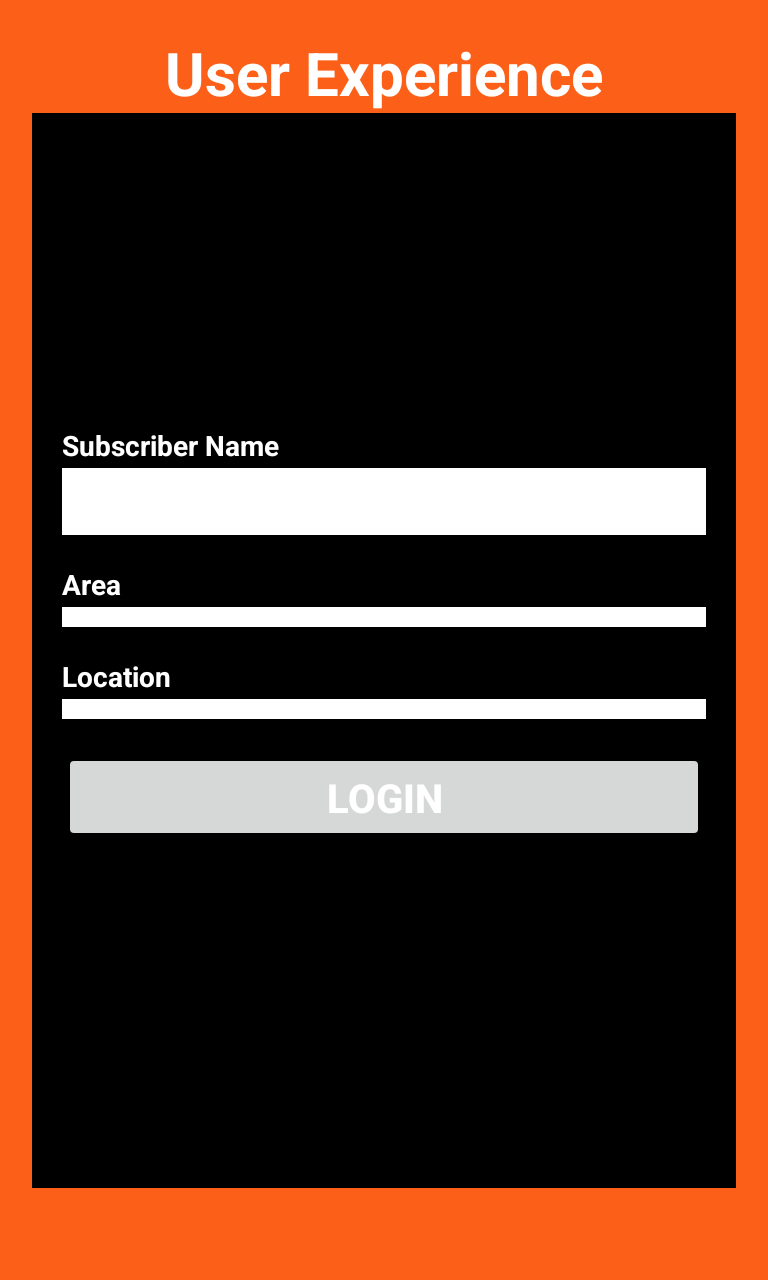
Repository: MushfiqurRahman/BLink3gApp
Layout: 3gExperience/res/layout/fragment_survey.xml
These files come from the project's save history. The layout is drawn as it stood at one moment and after the next save; the edit follows.
It is drawn on a 768 x 1280 px phone screen (xhdpi) without system bars, with theme AppTheme; the app's code is not run.

Above is the layout before, as saved 2014-05-20 18:00:21.

After the next save:
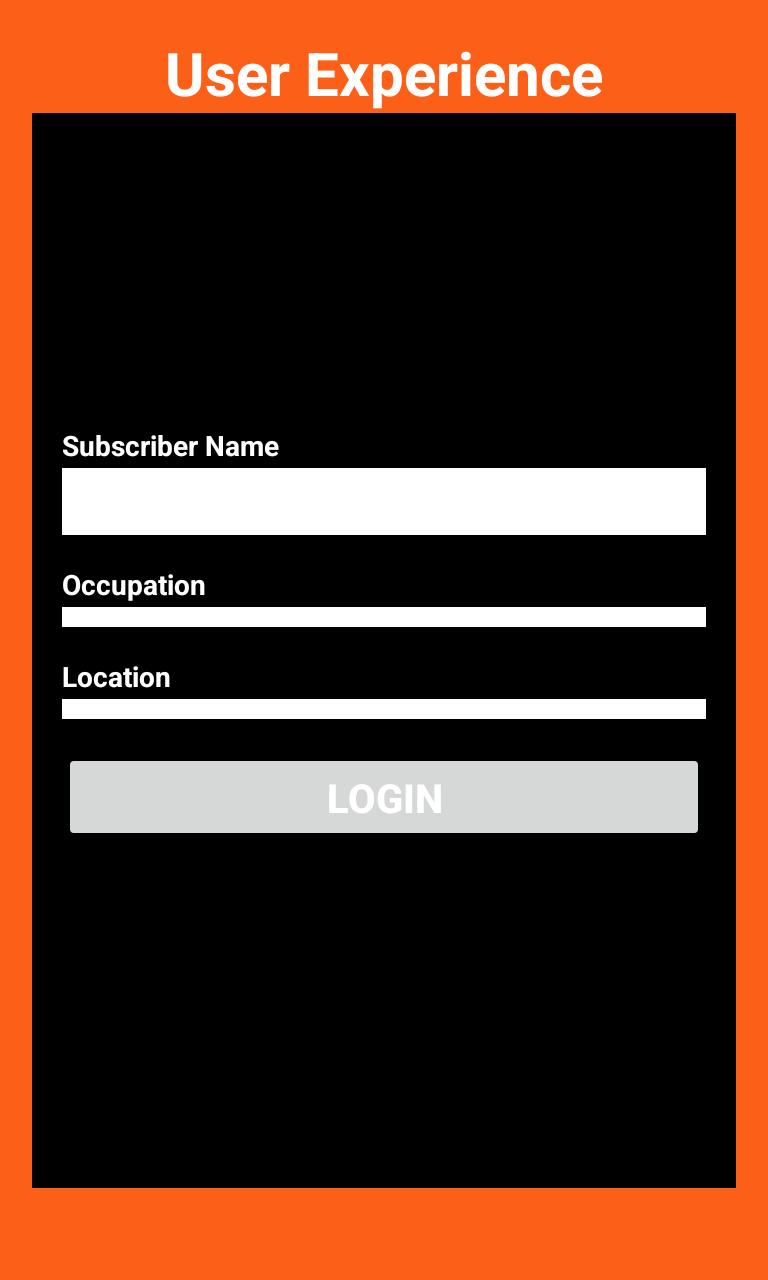
Saved 30 s later.
--- a/3gExperience/res/layout/fragment_survey.xml
+++ b/3gExperience/res/layout/fragment_survey.xml
@@ -83,7 +83,7 @@
                 android:layout_width="wrap_content"
                 android:layout_height="wrap_content"
                 android:layout_marginBottom="2dp"
-                android:text="@string/area"
+                android:text="@string/sbcr_occupation"
                 android:textColor="#FFFFFF"
                 android:textStyle="bold" />
         </LinearLayout>
